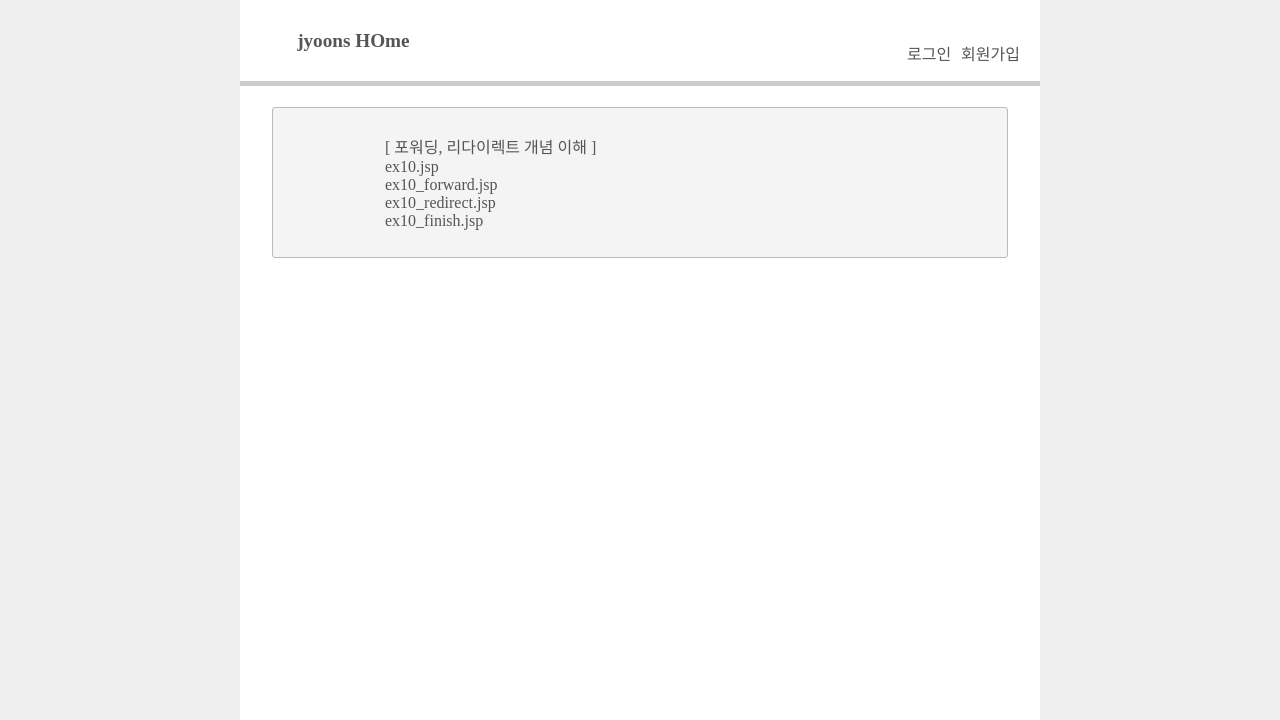
Repository: jyoons00/JSP-sample
Page: http://localhost/jspPro/days03/ex10.jsp
The author's editor kept a copy of each file at every save. The page is drawn from the files as they stood at one save, then again after the next save.
The browser window is 1280 px wide. The pictures show the whole page.
Some web fonts or font styles are not loaded; a fallback is used. The page is served by Tomcat 9.

Above is the page before, as saved 2024-10-17 08:03:16.

After the next save:
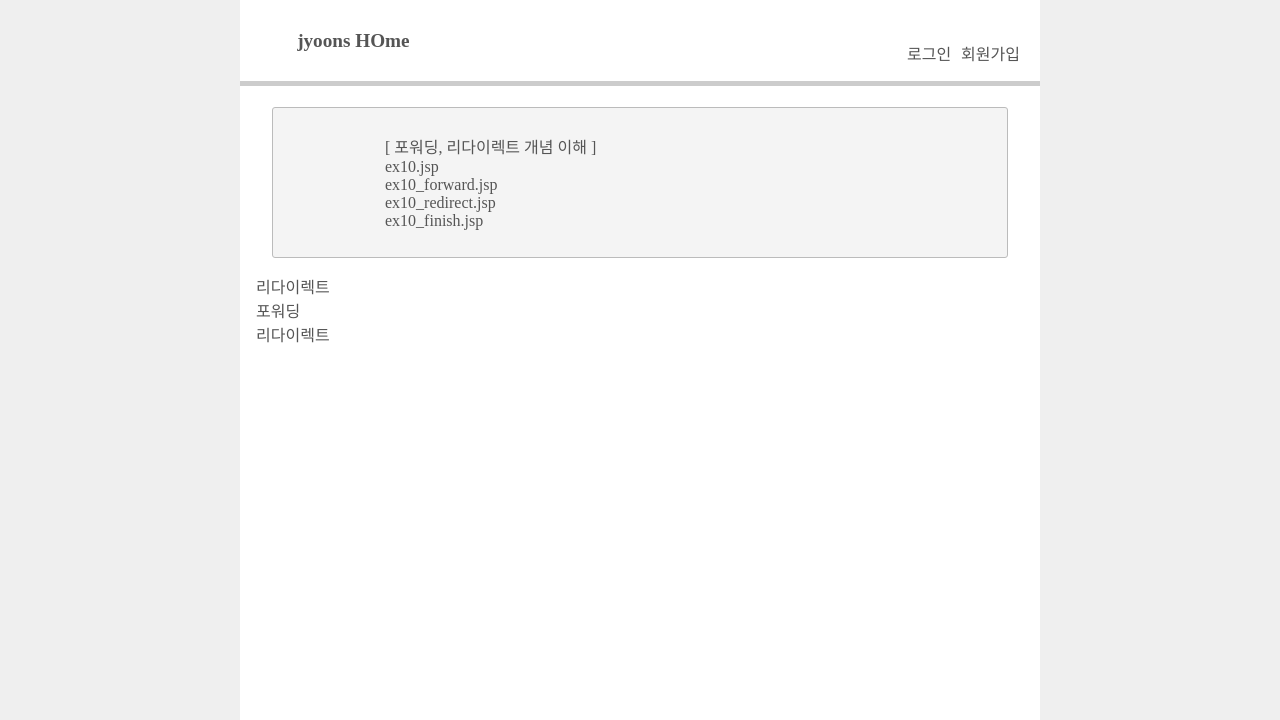
Saved 60 s later.
--- a/jspPro/src/main/webapp/days03/ex10.jsp
+++ b/jspPro/src/main/webapp/days03/ex10.jsp
@@ -40,6 +40,11 @@
    			ex10_redirect.jsp
    			ex10_finish.jsp
   	  </xmp>
+
+  	  <a href="ex10_redirect.jsp">리다이렉트</a><br>
+  	  <a href="ex10_forward.jsp">포워딩</a><br>
+  	  <a href="ex10_redirect.jsp">리다이렉트</a><br>
+
     </div>
 
   </body>
